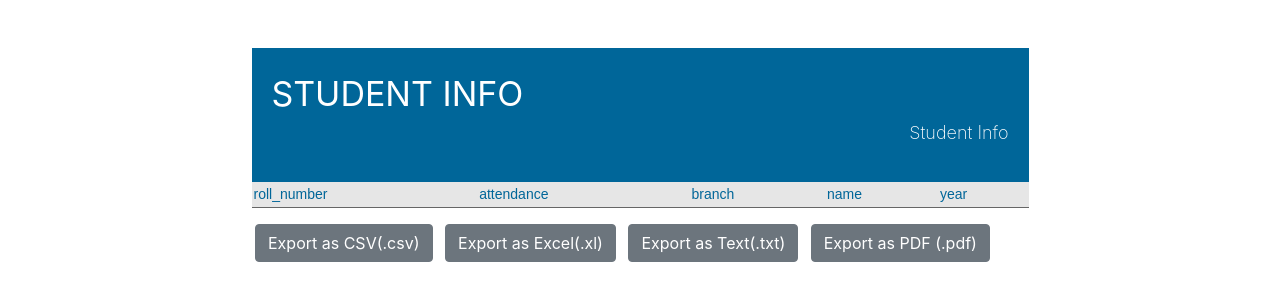
Repository: supranshu/CrystalReportGenerator
Page: http://localhost/produce_report
An editor plug-in stored every save of this project. The page is shown before and after the next save, followed by the edit.
The browser window is 1280 px wide. The pictures show the whole page.
The page is this project's Thymeleaf template; nobody is signed in. The template is opened directly, without the code that normally fills it, so the values that code supplies are empty.

Above is the page before, as saved 2023-08-07 13:15:24.

### com.report/src/main/resources/templates/produce_report.html
<!DOCTYPE html>
<html xmlns:th="http://www.thymeleaf.org">
<head>
    <meta charset="UTF-8">
    <title>Produce Report</title>
    <link rel="stylesheet" href="https://maxcdn.bootstrapcdn.com/bootstrap/4.5.2/css/bootstrap.min.css">
    <style>
        /* Apply CSS styles here to mimic the appearance of the JRXML table */
        /* You can use inline styles or link to an external CSS file */
        /* Example styles to get you started */
        table {
            border-collapse: collapse;
            font-family: "Arial", sans-serif;
            width: 70%;
	        margin: 0 auto; /* Center the table horizontally */
        }

        th, td {
            padding: 8px;
            text-align: left;
            border: 1px solid #ddd;
            border: none; /* Reset all borders */
        	border-bottom: 1px solid #666666; /* Add bottom border */
        }
        th {
            font-size: 14px;
            font-weight: 100;
            background-color: #E6E6E6;
            color: #006699;
            padding: 2px 2px;

        }

        td {
            font-size: 14px;
            font-weight: 500;
        }

        .page-header {
            background-color: #006699;
            color: #FFFFFF;
            text-align: left;
            font-size: 34px;
            font-weight: 400;
            padding: 20px;
            width: 70%;
	        margin: 0 auto;
        }
        .page-header p{
        	text-align: right;
        	font-size: 18px;
        	font-weight: 150;

        }
        .btn-links{
        	margin-left:170px;
        }
    </style>

</head>

<body>
    <div class="container mt-5">
	        <div class="page-header">
		        STUDENT INFO
		        <p>Student Info</p>
		    </div>

			    <table>
			        <thead>
			            <tr>
			                <th>roll_number</th>
			                <th>attendance</th>
			                <th>branch</th>
			                <th>name</th>
			                <th>year</th>
			            </tr>
			        </thead>
			        <tbody>
			            <!-- Loop through students and generate table rows -->
			            <tr th:each="student : ${students}">
			                <td th:text="${student.rollNumber}">Roll Number</td>
			                <td th:text="${student.attendance}">Attendance</td>
			                <td th:text="${student.branch}">Branch</td>
			                <td th:text="${student.name}">Name</td>
			                <td th:text="${student.year}">Year</td>
			            </tr>
			        </tbody>
			    </table>









        <div class="mt-3 btn-links">
            <a class="btn btn-secondary mr-2" th:href="@{/export/csv(year=${year}, branch=${branch})}" target="_blank">Export as CSV(.csv)</a>
            <a class="btn btn-secondary mr-2" th:href="@{/export/excel(year=${year}, branch=${branch})}" target="_blank">Export as Excel(.xl)</a>
            <a class="btn btn-secondary mr-2" th:href="@{/export/notepad(year=${year}, branch=${branch})}" target="_blank">Export as Text(.txt)</a>
            <a class="btn btn-secondary" th:href="@{/export/pdf(year=${year}, branch=${branch})}" target="_blank">Export as PDF (.pdf)</a>
        </div>
    </div>


</body>
</html>

After the next save:
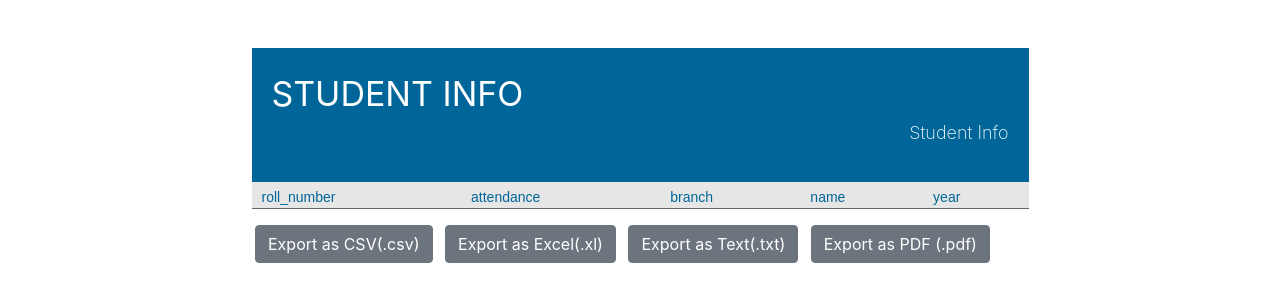
Saved 37 s later.
--- a/com.report/src/main/resources/templates/produce_report.html
+++ b/com.report/src/main/resources/templates/produce_report.html
@@ -27,7 +27,7 @@
             font-weight: 100;
             background-color: #E6E6E6;
             color: #006699;
-            padding: 2px 2px;
+            padding: 5px 10px 0;
 
         }
 
